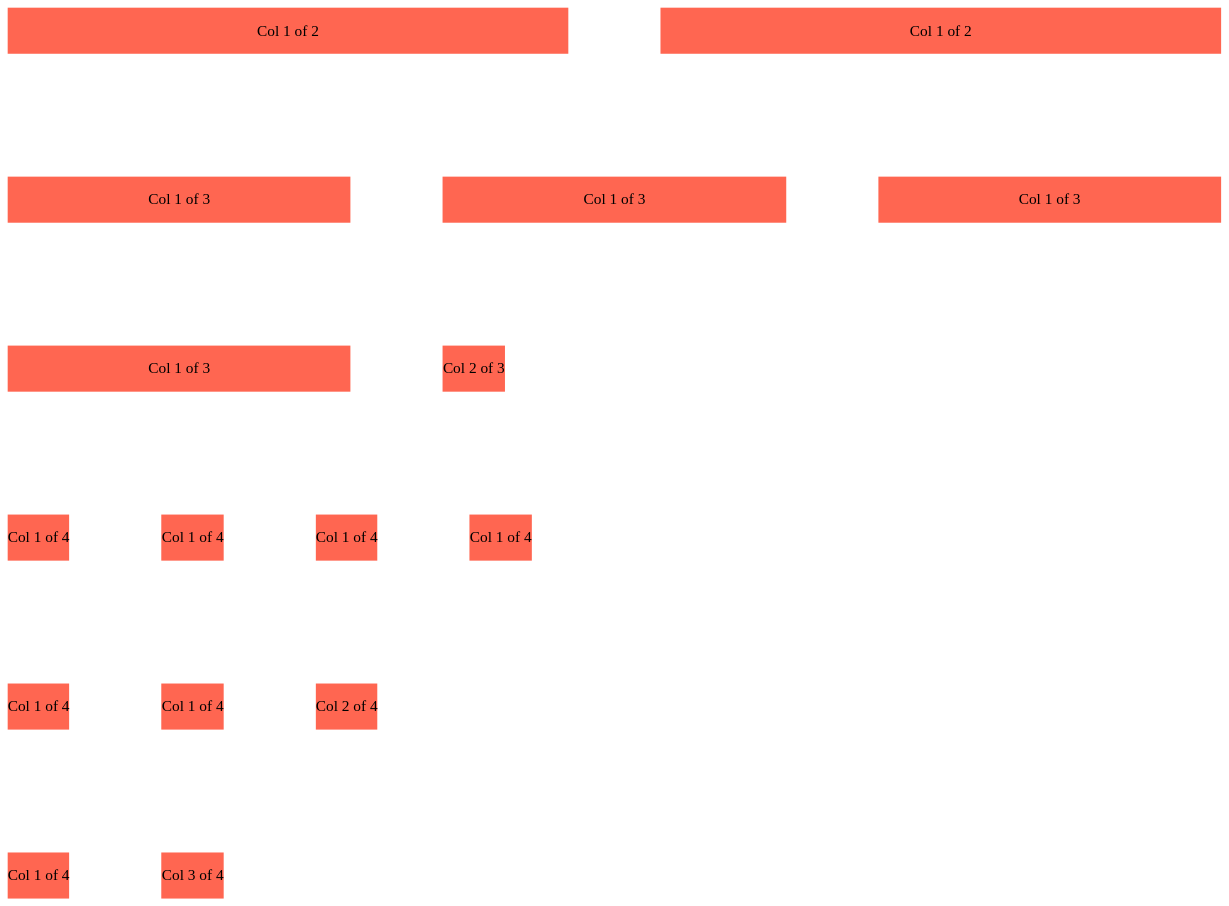
Repository: haokiet2501/grid-basic
Page: index.html
An editor plug-in stored every save of this project. The page is shown before and after the next save, followed by the edit.
The browser window is 1280 px wide. The pictures show the whole page, at 96% of full size.

Above is the page before, as saved 2022-08-11 18:56:24.

### index.html
<!DOCTYPE html>
<html lang="en">
<head>
    <meta charset="UTF-8">
    <meta http-equiv="X-UA-Compatible" content="IE=edge">
    <meta name="viewport" content="width=device-width, initial-scale=1.0">
    <link rel="stylesheet" href="styles.css">
    <title>GRID BASIC</title>
</head>
<body>
    <section class="grid-test">
        <div class="row">
            <div class="col-1-of-2">
                Col 1 of 2
            </div>
            <div class="col-1-of-2">
                Col 1 of 2
            </div>
        </div>

        <div class="row">
            <div class="col-1-of-3">
                Col 1 of 3
            </div>
            <div class="col-1-of-3">
                Col 1 of 3
            </div>
            <div class="col-1-of-3">
                Col 1 of 3
            </div>
        </div>

        <div class="row">
            <div class="col-1-of-3">
                Col 1 of 3
            </div>
            <div class="col-2-of-3">
                Col 2 of 3
            </div>
        </div>

        <div class="row">
            <div class="col-1-of-4">
                Col 1 of 4
            </div>
            <div class="col-1-of-4">
                Col 1 of 4
            </div>
            <div class="col-1-of-4">
                Col 1 of 4
            </div>
            <div class="col-1-of-4">
                Col 1 of 4
            </div>
        </div>

        <div class="row">
            <div class="col-1-of-4">
                Col 1 of 4
            </div>
            <div class="col-1-of-4">
                Col 1 of 4
            </div>
            <div class="col-2-of-4">
                Col 2 of 4
            </div>
        </div>

        <div class="row">
            <div class="col-1-of-4">
                Col 1 of 4
            </div>
            <div class="col-3-of-4">
                Col 3 of 4
            </div>
        </div>

    </section>
</body>
</html>

### styles.css
:root {
    --grid-width: 114rem;
    --gutter-vertical: 8rem;
    --gutter-horizonal: 6rem
}

.row {
    max-width: var(--grid-width);
    margin: 0 auto;
}

.row::after {
    content: "";
    display: table;
    clear: both;
}

.row:not(:last-child) {
    margin-bottom: var(--gutter-vertical);
}

[class^='col-'] {
    background-color: #FF6651;
    float: left;
    padding: 15px 0;
    text-align: center;
}

[class^='col-']:not(:last-child) {
    margin-right: var(--gutter-horizonal);
}

.col-1-of-2 {
    width: calc((100% - var(--gutter-horizonal)) / 2);
}

.col-1-of-3 {
    width: calc((100% - 2 * var(--gutter-horizonal)) / 3);
}

.col-2-of-3 {
    width: calc();
}

After the next save:
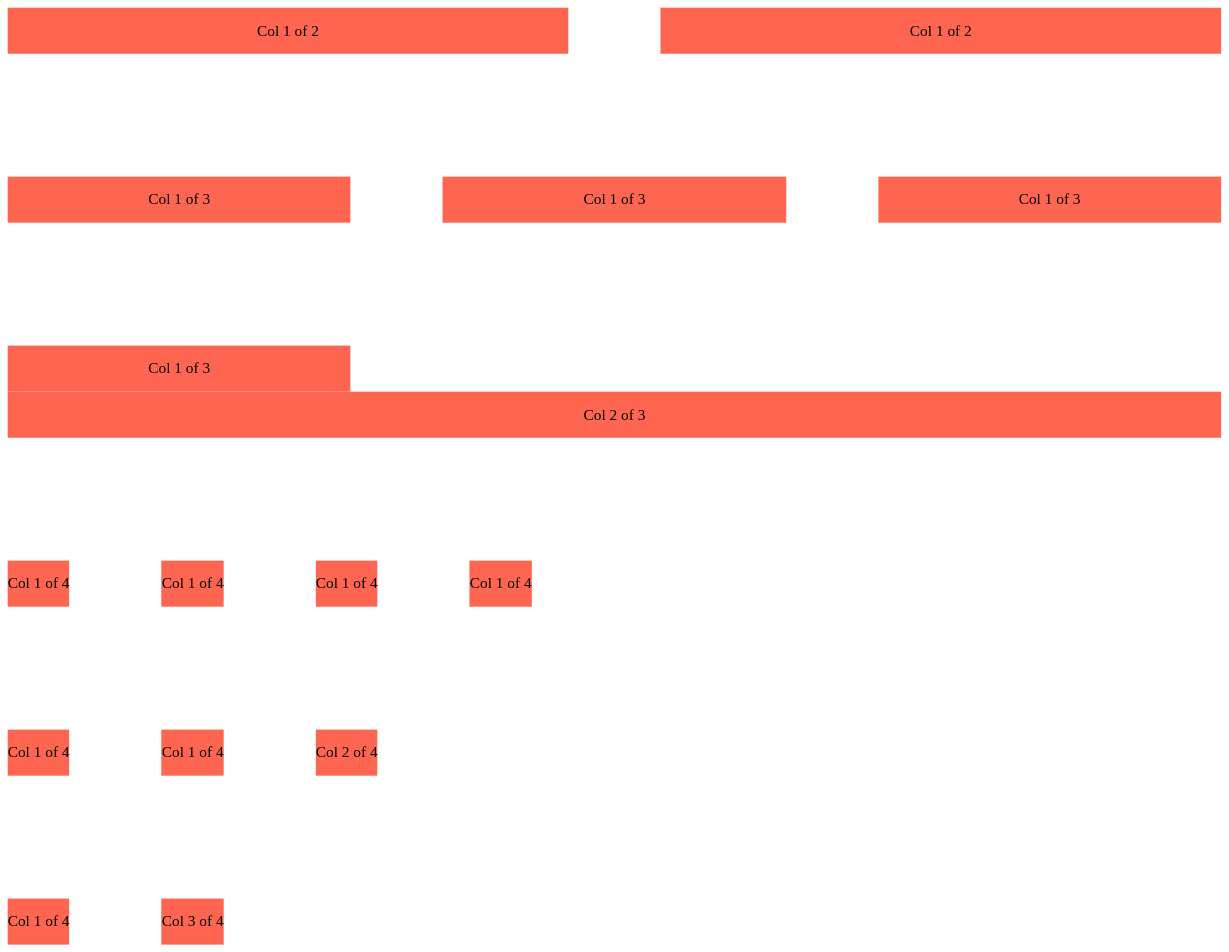
Saved 5 s later.
--- a/styles.css
+++ b/styles.css
@@ -39,5 +39,5 @@
 }
 
 .col-2-of-3 {
-    width: calc();
+    width: calc((100% ));
 }
